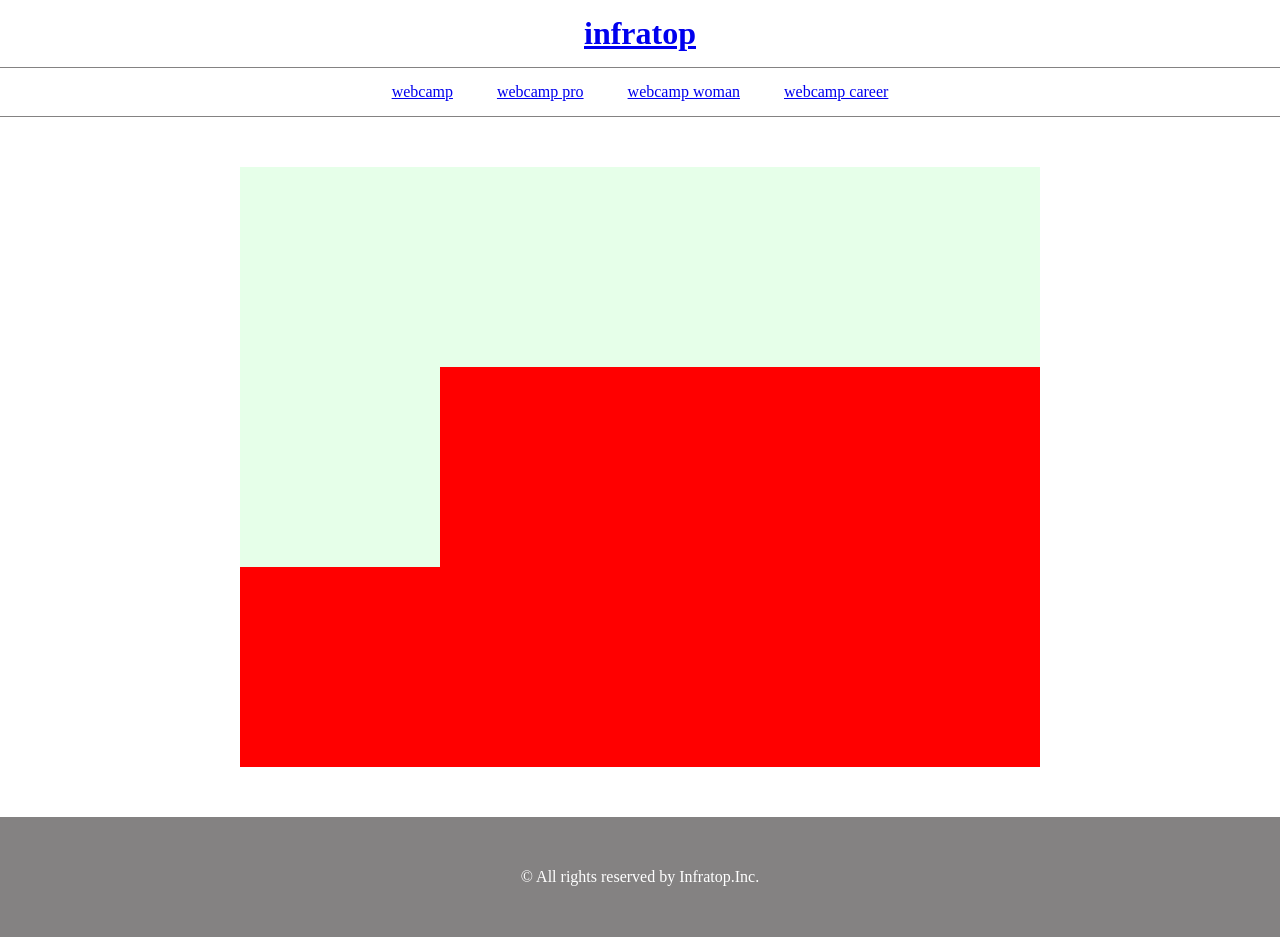
Repository: Nao002/practice
Page: html-practice5/index.html
The author's editor kept a record of every edit. The page is drawn from the files as they stood at one moment, then again after the next edit.
The browser window is 1280 px wide. The pictures show the whole page.

Above is the page before.

### html-practice5/index.html
<!DOCTYPE html>
<html lang="ja">
  <head>
    <meta charset="UTF-8" />
    <!-- CSSファイルの読み込み -->
    <link rel="stylesheet" href="style.css" />
    <title>infratop</title>
  </head>

  <body>
    <!-- header -->
    <header>
      <h1 class="heading">
        <a href="index.html">
          infratop
        </a>
      </h1>
    </header>

     <!-- navigation -->
    <nav>
      <ul class="nav-list">
        <li class="nav-list-item">
          <a href="index.html">webcamp</a>
        </li>
        <li class="nav-list-item">
          <a href="index.html">webcamp pro</a>
        </li>
        <li class="nav-list-item">
          <a href="index.html">webcamp woman</a>
        </li>
        </li>
        <li class="nav-list-item">
          <a href="index.html">webcamp career</a>
        </li>
      </ul>
    </nav>

    <!-- main-visual用のdiv -->
    <div class="main-visual">
      <div class="main-visual-content">
        <div class="main-visual-color color1"></div>
        <div class="main-visual-color color2"></div>
        <div class="main-visual-color color3"></div>
        <div class="main-visual-color color4"></div>
        <div class="main-visual-color color5"></div>
        <div class="main-visual-color color6"></div>
        <div class="main-visual-color color7"></div>
        <div class="main-visual-color color8"></div>
        <div class="main-visual-color color9"></div>
        <div class="main-visual-color color10"></div>
        <div class="main-visual-color color12"></div>
        <div class="main-visual-color color12"></div>
      </div>
    </div>

    <!-- footer -->
    <footer>
      <p class="footer-text">© All rights reserved by Infratop.Inc.</p>
    </footer>

  </body>
</html>

### html-practice5/style.css
/* ブラウザがそれぞれ持っているCSSをリセットするための記述 */
* {
  margin: 0;
  padding: 0;
  box-sizing: border-box;
}

header {
  width: 90%;
  padding: 15px 0;
  margin: 0 auto;
  text-align: center;
}

header .heading { /* headerタグ内のheadingクラスにのみ反映される */
  font-size: 32px;
}

.nav-list {
  text-align: center;
  padding: 15px 0;
  margin: 0 auto;
  border-top: 1px solid #848282;
  border-bottom: 1px solid #848282;
}

.nav-list-item {
  list-style: none;
  display: inline-block;
  margin: 0 20px;
}

.main-visual {
  width: 100%; /* 横幅いっぱい */
  height: 650px; /* 高さ300px */
}

.main-visual-content {
  width: 800px; /* 横幅350px */
  height: 300px; /* 親の高さに揃える */
  flex-wrap: wrap;
  margin: 50px auto;
  font-size: 0;
}

.main-visual-color{
  display: inline-block;
  width: 200px;
  height: 200px;
  background-color: #FF0000;
  font-size: 0;
}

.color1{
  background-color: #e6ffe9
}

.color2{
  background-color: #e6ffe9
}

.color3{
  background-color: #e6ffe9
}

.color4{
  background-color: #e6ffe9
}

.color5{
  background-color: #e6ffe9
}

.color1{
  background-color: #e6ffe9
}
.color1{
  background-color: #e6ffe9
}

.color1{
  background-color: #e6ffe9
}

.color1{
  background-color: #e6ffe9
}

.color1{
  background-color: #e6ffe9
}


footer {
  width: 100%;
  height: 120px;
  text-align: center;
  line-height: 120px;
  background-color: #848282;
}

.footer-text {
  color: #fff;
}

After the next edit:
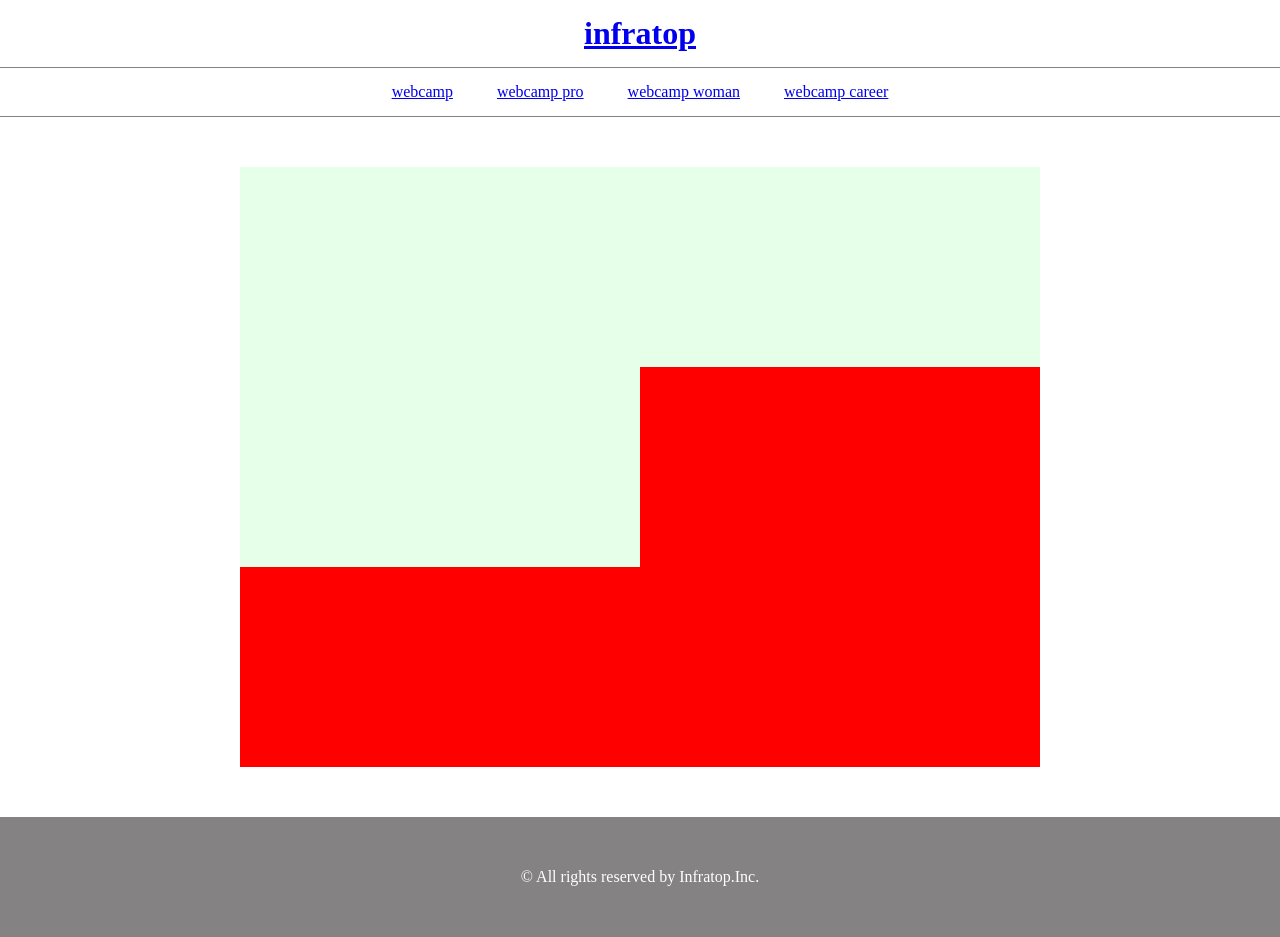
The edit:
--- a/html-practice5/style.css
+++ b/html-practice5/style.css
@@ -71,7 +71,7 @@
   background-color: #e6ffe9
 }
 
-.color1{
+.color6{
   background-color: #e6ffe9
 }
 .color1{
